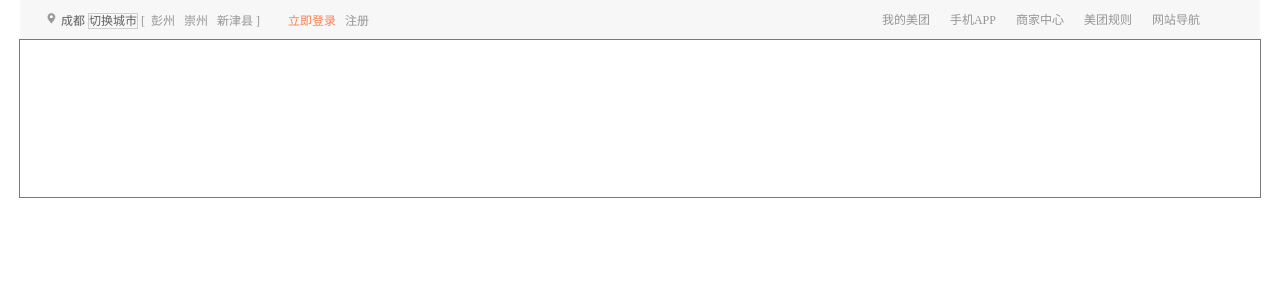
Repository: buddy-fallinlove/Meituan
Page: /
These files come from the project's save history. The page is drawn as it stood at one moment and after the next save; the edit follows.
The browser window is 1280 px wide. The pictures show the whole page.
The project was rebuilt for these pictures with package versions that can differ from the ones it lists, and the page was loaded fresh each time. Also part of the build but not shown: vue.config.js.

Above is the page before, as saved 2020-08-20 17:53:15.

### src/main.js
import Vue from 'vue'
import App from './App.vue'
import router from './router'
import store from './store'
//引入axios
import axios from './http'
Vue.config.productionTip = false
    //引入封装的全局方法
import api from './http/api.js'
Vue.prototype.$axios = axios
    //引入api.js
Vue.prototype.$api = api
    // 引入ElementUI
import ElementUI from 'element-ui';
import 'element-ui/lib/theme-chalk/index.css';
Vue.use(ElementUI);
new Vue({
    router,
    store,
    render: h => h(App)
}).$mount('#app')

### src/App.vue
<template>
  <div id="app">
    <router-view/>
  </div>
</template>

<style lang="scss">
@import "./style/css.类名_20200524144523"
</style>

### src/router/index.js
import Vue from 'vue'
import VueRouter from 'vue-router'
import Home from '../views/Home.vue'
import layout from '../views/layout.vue'
Vue.use(VueRouter)

const routes = [{
    path: '/',
    name: 'layout',
    component: layout,
    children: [{
            path: '',
            name: 'Home',
            component: Home
        }

    ]
}]

const router = new VueRouter({
    mode: 'history',
    base: process.env.BASE_URL,
    routes
})

export default router

### src/http/index.js
import axios from 'axios'
import qs from 'qs'
// import { Loading, } from 'element-ui'
import store from '../store/index'
// let loading = null


// 判断当前环境是生产环境还是开发环境
// process.env.NODE_ENV的值决定当前环境
// production为生产环境 development为开发环境
const isProduction = process.env.NODE_ENV === 'production'

// 创建axios配置对象
const service = axios.create()

// 接口基础路径
service.defaults.baseURL = isProduction ? 'http://49.233.66.125:5050/v1' : '/api'

// 超时时间
service.defaults.timeout = 10000
    // 请求头类型
    // service.defaults.headers.post['Content-Type'] = 'application/x-www-form-urlencoded'

// 请求拦截器
service.interceptors.request.use(config => {
    if (!store.state.cancelLoad) {
        store.state.loading = true
    }
    // loading = Loading.service({
    //     text: '正在加载中......'
    // })
    let token = localStorage.getItem('adminToken')
        // 每次请求 都在请求头带上token
    if (token) {
        config.headers['Authorization'] = 'Bearer ' + token
    }
    return config
}, err => {
    console.log(err)
    return Promise.reject(err)
})

// 响应拦截器
service.interceptors.response.use(response => {
    setTimeout(() => {
            store.state.loading = false
        }, 500)
        // if (loading) {
        //     loading.close()
        // }
    return response.data
}, err => {
    // if (err.response.status === 401) {
    //     Message.error(err.response.data.msg)
    // }
})

service.req = function(...params) {
    if (params.length === 1) {
        return service.get(params[0])
    }
    if (params.length === 2) {
        return service.post(params[0], qs.stringify(params[1]))
    }
}

export default service

### src/http/api.js
import service from './index'


export default {
    // 获取定位
    getposition() {
        return service.req('/position')
    },
    // 获取所有省份
    getprovince() {
        return service.req('/province')
    },

    // 获取省份所有城市
    getcitys(id) {
        return service.req(`/citys?id=${id}`)
    }








































































}

### src/style/css.类名_20200524144523.css
/* 同一行排列 */

.d-f {
    display: flex;
}


/* 占比 */

.f1 {
    flex: 1;
}

.f2 {
    flex: 2;
}


/* 垂直居中  水平居中 */

.j-c-c {
    justify-content: center;
}

.a-i-c {
    align-items: center;
}


/* 两边有间距  两边无间距  中间自动等分*/

.j-c-s-a {
    justify-content: space-around;
}

.j-c-s-b {
    justify-content: space-between;
}


/* 换行 */

.f-w-w {
    flex-wrap: wrap;
}


/* 内容不换行 */

.w-s-n {
    white-space: nowrap;
}


/* 超出部分隐藏 */

.o-h {
    overflow: hidden;
}


/* 超出部分显示省略号 */

.t-e-n {
    text-emphasis: none
}


/* 同一行竖向排列 */

.f-d-c {
    display: flex;
    flex-direction: column;
}


/* 悬浮小手 */

.h-c-p {
    cursor: pointer;
}


/* 外边距margin 上下左右4个方向*/

.m1 {
    margin: 10px;
}

.m2 {
    margin: 20px;
}

.m3 {
    margin: 30px;
}


/* 上边距margin：top */

.m-t1 {
    margin-top: 10px;
}

.m-t2 {
    margin-top: 20px;
}

.m-t3 {
    margin-top: 30px;
}


/* 下边距margin：bottom */

.m-b1 {
    margin-bottom: 10px;
}

.m-b2 {
    margin-bottom: 20px;
}

.m-b3 {
    margin-bottom: 30px;
}


/* 左边距margin：left */

.m-l1 {
    margin-left: 10px;
}

.m-l2 {
    margin-left: 20px;
}

.m-l3 {
    margin-left: 30px;
}


/* 右边距margin：right */

.m-r1 {
    margin-right: 10px;
}

.m-r2 {
    margin-right: 20px;
}

.m-r3 {
    margin-right: 30px;
}


/* 内边距padding-top bottom left right上下左右4个方向 */

.p1 {
    padding: 10px;
}

.p2 {
    padding: 20px;
}

.p3 {
    padding: 30px;
}


/* 边框实线border-solid */

.b-s-r {
    border: 1px solid red;
}


/* 边框虚线border-dashed */

.b-d-r {
    border: 1px dashed red;
}


/* 背景颜色 */

.b-c-r {
    background-color: red;
}

.b-c-b {
    background-color: black;
}

.b-c-c {
    background-color: #ccc;
}

.b-c-c {
    background-color: #fff;
}


/* 字体大小 */

.f-s12 {
    font-size: 12px;
}

.f-s14 {
    font-size: 14px;
}

.f-s18 {
    font-size: 18px;
}

.f-s20 {
    font-size: 20px;
}

.f-s22 {
    font-size: 22px;
}

.f-s24 {
    font-size: 24px;
}


/* 字体加粗 */

.f-w {
    font-weight: 700;
}


/* 隐藏上下左右边框 */

.b-t-n {
    border-top: none;
}

.b-b-n {
    border-bottom: none;
}

.b-l-n {
    border-left: none;
}

.b-r-n {
    border-right: none;
}


/* 圆50% */

.b-r {
    border-radius: 50%;
}


/* 同一行排列  居中 */

.container {
    display: flex;
    justify-content: center;
}


/* 宽1280px */

.warp {
    width: 1280px;
}


/* 取消边距 */

* {
    margin: 0;
    padding: 0;
}


/* 悬浮 */

.hover:hover {
    cursor: pointer;
    color: #eee;
}

.nb:hover {
    cursor: pointer;
}

.c {
    color: white;
}

.van-index-bar__index {
    margin-top: 5px;
}

.van-tabs__line {
    z-index: 0;
}

### src/views/Home.vue
<template>
 <div>
 </div>
</template>

<script>
 export default {
   name: '',
   props: {
   },
   components: {

   },
   data () {
     return {

     }
   },
   methods: {

   },
   mounted() {

   },
   watch: {

   },
   computed: {

   }
 }
</script>

<style scoped lang='scss'>

</style>

### src/views/layout.vue
<template>
  <div>
<el-container>

  <!--头部 -->
  <el-header>
 <div>
  <top></top>
  </div>
  </el-header>
<router-view></router-view>
<!--下面-->
  <el-main>
  <div>

  </div>
  </el-main>
</el-container>
  </div>
</template>

<script>
import top from '../components/layout1/top'
export default {
  name: "",
  props: {},
  components: {
    top,
  },
  data() {
    return {};
  },
  methods: {},
  mounted() {},
  watch: {},
  computed: {},
};
</script>

<style scoped lang='scss'>
</style>

### src/components/layout1/top.vue
<template>
  <div>
    <div class="header-bar">
      <div class="header-bar-position">
        <span class="position-name">
          <img class="location" src="../../assets/location.png" />
          成都
          <a class="change-position" href="https://www.meituan.com/changecity/">切换城市</a>
        </span>
        <span class="neighborhood">
          [&nbsp;
          <a href="https://xianyang.meituan.com/">彭州</a>&nbsp;&nbsp;
          <a href="https://gaoling.meituan.com/">崇州</a>&nbsp;&nbsp;
          <a href="https://jingyangxian.meituan.com/">新津县</a>&nbsp;]
        </span>
      </div>

      <div class="user-entry">
        <a
          class="login"
          href="https://passport.meituan.com/account/unitivelogin?service=www&continue=https%3A%2F%2Fwww.meituan.com%2Faccount%2Fsettoken%3Fcontinue%3Dhttps%253A%252F%252Fjingyangxian.meituan.com%252F"
          target="_blank"
        >立即登录</a>&nbsp;&nbsp;
        <a
          href="https://passport.meituan.com/account/unitivesignup?service=www&continue=https%3A%2F%2Fwww.meituan.com%2Faccount%2Fsettoken%3Fcontinue%3Dhttps%253A%252F%252Fjingyangxian.meituan.com%252F"
          target="_blank"
        >注册</a>
      </div>

      <nav class="header-bar-nav">
        <ul class="header-nav-first">
          <li class="has-child">
            <a
              href="https://passport.meituan.com/account/unitivelogin?service=www&continue=https%3A%2F%2Fwww.meituan.com%2Faccount%2Fsettoken%3Fcontinue%3Dhttp%253A%252F%252Fwww.meituan.com%252Faccount%252Fuserinfo%252F"
              target="_blank"
            >
              我的美团
              <ul class="header-nav-my_header-nav-second">
                <li>
                  <a
                    href="https://passport.meituan.com/account/unitivelogin?service=www&continue=https%3A%2F%2Fwww.meituan.com%2Faccount%2Fsettoken%3Fcontinue%3Dhttp%253A%252F%252Fwww.meituan.com%252Forders%252F"
                    target="_blank"
                  >我的订单</a>
                </li>
                <li>
                  <a
                    href="https://passport.meituan.com/account/unitivelogin?service=www&continue=https%3A%2F%2Fwww.meituan.com%2Faccount%2Fsettoken%3Fcontinue%3Dhttp%253A%252F%252Fwww.meituan.com%252Fcollections%252F"
                    target="_blank"
                  >我的收藏</a>
                </li>
                <li>
                  <a
                    href="https://passport.meituan.com/account/unitivelogin?service=www&continue=https%3A%2F%2Fwww.meituan.com%2Faccount%2Fsettoken%3Fcontinue%3Dhttp%253A%252F%252Fwww.meituan.com%252Fvouchers%252F"
                    target="_blank"
                  >抵用券</a>
                </li>
                <li>
                  <a
                    href="https://passport.meituan.com/account/unitivelogin?service=www&continue=https%3A%2F%2Fwww.meituan.com%2Faccount%2Fsettoken%3Fcontinue%3Dhttp%253A%252F%252Fwww.meituan.com%252Faccount%252Fsettings"
                    target="_blank"
                  >账户设置</a>
                </li>
              </ul>
            </a>
          </li>

          <li class="has-child">
            <a href="https://i.meituan.com/mobile/down/meituan" target="_blank">手机APP</a>
          </li>

          <li class="has-child">
            <a>
              商家中心
              <ul class="header-nav-merchant_header-nav-second">
                <li>
                  <a
                    href="https://e.meituan.com/meishi/epassport/login?service=com.sankuai.meishi.fe.ecom&continue=https%3A%2F%2Fe.meituan.com%2Fmeishi%2Fepassport%2Ftoken%3Ftarget%3Dhttps%253A%252F%252Fe.meituan.com%252Fmeishi%252F"
                    target="_blank"
                  >登录商家中心</a>
                </li>
                <li>
                  <a
                    href="https://rms.meituan.com/?utm_source=inner&utm_medium=mtpcsjzx"
                    target="_blank"
                  >美团智能收银</a>
                </li>
                <li>
                  <a
                    href="https://bizvisualmeishi.meituan.com/bizsettle/settle/merchantsSettle?utm_source=mt_C_my"
                    target="_blank"
                  >我想合作</a>
                </li>
                <li>
                  <a href="https://e.meituan.com/mobile/" target="_blank">手机免费开店</a>
                </li>
                <li>
                  <a href="https://daili.meituan.com/?comeFrom=mtwebMenu" target="_blank">餐饮代理商招募</a>
                </li>
                <li>
                  <a href="https://pc.meituan.com/?activity_code=mtpcdh" target="_blank">商家申请开票</a>
                </li>
                <li>
                  <a
                    href="https://paidui.meituan.com/?activity_code=168_00038141"
                    target="_blank"
                  >免费合作美团排队</a>
                </li>
              </ul>
            </a>
          </li>

          <li class="has-child">
            <a>
              美团规则
              <ul class="header-nav-rules_header-nav-second">
                <li>
                  <a href="https://rules-center.meituan.com" target="_blank">规则中心</a>
                </li>
                <li>
                  <a href="https://rules-center.meituan.com/rules" target="_blank">规则目录</a>
                </li>
                <li>
                  <a href="https://rules-center.meituan.com/advices" target="_blank">规则评议院</a>
                </li>
              </ul>
            </a>
          </li>

          <li class="has-child">
            <a>网站导航</a>
            <div class="header-nav-site_header-nav-second">
              <dl class="header-nav-jiulv_header-nav-third">
                <dt>酒店旅游</dt>
                <div class="wwwqqq">
                  <dd>
                    <a href target="_blank">国际机票</a>
                  </dd>
                  <dd>
                    <a href target="_blank">火车票</a>
                  </dd>
                  <dd>
                    <a href target="_blank">榛果民俗</a>
                  </dd>
                  <dd>
                    <a href target="_blank">经济型酒店</a>
                  </dd>
                  <dd>
                    <a href target="_blank">主题酒店</a>
                  </dd>
                  <dd>
                    <a href target="_blank">商务酒店</a>
                  </dd>
                  <dd>
                    <a href target="_blank">公寓</a>
                  </dd>
                  <dd>
                    <a href target="_blank">豪华酒店</a>
                  </dd>
                  <dd>
                    <a href target="_blank">客栈</a>
                  </dd>
                  <dd>
                    <a href target="_blank">青年旅舍</a>
                  </dd>
                  <dd>
                    <a href target="_blank">度假酒店</a>
                  </dd>
                  <dd>
                    <a href target="_blank">别墅</a>
                  </dd>
                  <dd>
                    <a href target="_blank">农家院</a>
                  </dd>
                </div>
              </dl>
              <dl class="header-nav-food-nav-third">
                <dt>吃美食</dt>
                <div class="wwwqqq">
                  <dd>
                    <a href target="_blank">烤鱼</a>
                  </dd>
                  <dd>
                    <a href target="_blank">特色小吃</a>
                  </dd>
                  <dd>
                    <a href target="_blank">烧烤</a>
                  </dd>
                  <dd>
                    <a href target="_blank">自助餐</a>
                  </dd>
                  <dd>
                    <a href target="_blank">火锅</a>
                  </dd>
                  <dd>
                    <a href target="_blank">代金券</a>
                  </dd>
                </div>
              </dl>
              <dl class="header-nav-movie-nav-third">
                <dt>看电影</dt>
                <div class="wwwqqq">
                  <dd>
                    <a href target="_blank">热映电影</a>
                  </dd>
                  <dd>
                    <a href target="_blank">热门影院</a>
                  </dd>
                  <dd>
                    <a href target="_blank">热映电影口碑榜</a>
                  </dd>
                  <dd>
                    <a href target="_blank">最受期待电影</a>
                  </dd>
                  <dd>
                    <a href target="_blank">国内票房榜</a>
                  </dd>
                  <dd>
                    <a href target="_blank">北美票房榜</a>
                  </dd>
                  <dd>
                    <a href target="_blank">电影排行榜</a>
                  </dd>
                </div>
              </dl>
              <dl class="header-nav-mobile_app-nav-third">
                <dt>手机应用</dt>
                <div class="wwwqqq">
                  <dd>
                    <a href="https://i.meituan.com/mobile/down/meituan" target="_blank">
                      <img class="app-icon" src="../../assets/1(1).png" />
                    </a>
                  </dd>
                  <dd>
                    <a href="https://waimai.meituan.com/mobile/download/default" target="_blank">
                      <img class="app-icon" src="../../assets/2(1).png" />
                    </a>
                  </dd>
                  <dd>
                    <a href="https://phoenix.meituan.com/app/" target="_blank">
                      <img class="app-icon" src="../../assets/3(1).png" />
                    </a>
                  </dd>
                  <dd>
                    <a href="https://www.dianping.com/app/download" target="_blank">
                      <img class="app-icon" src="../../assets/4.png" />
                    </a>
                  </dd>
                  <dd>
                    <a href="https://maoyan.com/app" target="_blank">
                      <img class="app-icon" src="../../assets/5.png" />
                    </a>
                  </dd>
                </div>
              </dl>
            </div>
          </li>
        </ul>
      </nav>
    </div>
    <div>
    <top></top>
    </div>
  </div>
</template>

<script>
import top from '../layout2/top.vue'
export default {
  name: "",
  props: {},
  components: {
    top
  },
  data() {
    return {};
  },
  methods: {},
  mounted() {},
  watch: {},
  computed: {},
};
</script>

<style scoped lang='scss'>
.wwwqqq {
  display: flex;
  flex-wrap: wrap;
  justify-content: center;
  align-items: center;
}
* {
  margin: 0;
  padding: 0;
}

body {
  width: 100%;
  min-width: 1280px;
}

.header-bar {
  background-color: #f7f7f7;
  height: 40px;
  line-height: 40px;
}

.user-entry,
.header-bar-position {
  display: inline;
  font-size: 12px;
}

a {
  text-decoration: none;
  color: rgba(22, 21, 21, 0.432);
  /* font-weight:600; */
}

.header-bar-position {
  margin: 0 25px;
}

.user-entry .login {
  color: coral;
}

.header-bar-nav {
  display: inline;
}

.change-position {
  border: 1px solid rgba(179, 176, 176, 0.555);
  color: rgba(0, 0, 0, 0.61);
}

.position-name {
  color: rgba(0, 0, 0, 0.61);
}

.location {
  width: 13px;
  height: auto;
}

.neighborhood {
  color: rgba(22, 21, 21, 0.432);
}

.header-nav-first {
  display: block;
  float: right;
  text-align: center;
  margin-right: 50px;
  font-size: 12px;
}

.has-child {
  position: relative;
  list-style-type: none;
  display: inline-block;
  padding: 0 10px;
}

.header-nav-my_header-nav-second {
  position: absolute;
  display: none;
  list-style-type: none;
  right: 0;
  padding: 0 10px;
  z-index: 99;
}

.header-nav-merchant_header-nav-second {
  position: absolute;
  display: none;
  list-style-type: none;
  right: 0;
  padding: 0 10px;
  width: 100px;
  z-index: 99;
}

.header-nav-rules_header-nav-second {
  position: absolute;
  display: none;
  list-style-type: none;
  right: 0;
  padding: 0 10px;
  z-index: 99;
}

.header-nav-site_header-nav-second {
  position: absolute;
  display: none;
  list-style-type: none;
  right: 0;
  padding: 0 40px;
  width: 1100px;
  height: 300px;
  z-index: 99;
  margin-bottom: 5px;
}

.has-child:nth-child(1):hover .header-nav-my_header-nav-second {
  display: block;
}

.has-child:nth-child(3):hover .header-nav-merchant_header-nav-second {
  display: block;
}

.has-child:nth-child(4):hover .header-nav-rules_header-nav-second {
  display: block;
}

.has-child:nth-child(5):hover .header-nav-site_header-nav-second {
  display: block;
}

.has-child:not(:nth-child(2)):hover,
.has-child:not(:nth-child(2)):hover ul,
.has-child:not(:nth-child(2)):hover div {
  background-color: rgb(253, 253, 253);
  box-shadow: 0 0 1px rgba(109, 108, 108, 0.432);
}

a:hover {
  color: coral;
  cursor: pointer;
}

.header-nav-jiulv_header-nav-third,
.header-nav-food-nav-third,
.header-nav-movie-nav-third,
.header-nav-mobile_app-nav-third {
  float: left;
  text-align: center;
  margin: 20px;
}

.header-nav-jiulv_header-nav-third {
  width: 250px;
}

.header-nav-jiulv_header-nav-third dd {
  width: 83px;
}

.header-nav-food-nav-third {
  width: 140px;
}

.header-nav-food-nav-third dd {
  width: 70px;
}

.header-nav-movie-nav-third {
  width: 110px;
}

.header-nav-movie-nav-third dd {
  width: 104px;
}

.header-nav-mobile_app-nav-third dt,
.header-nav-jiulv_header-nav-third dt,
.header-nav-food-nav-third dt,
.header-nav-movie-nav-third dt {
  font-size: 14px;
  margin-bottom: 5px;
}

.header-nav-mobile_app-nav-third {
  width: 400px;
}

.app-icon {
  width: 60px;
}
</style>

### src/components/layout2/top.vue
<template>
 <div>
  <div class="header-bar">

  </div>
 </div>
</template>

<script>
 export default {
   name: '',
   props: {
   },
   components: {

   },
   data () {
     return {

     }
   },
   methods: {

   },
   mounted() {

   },
   watch: {

   },
   computed: {

   }
 }
</script>

<style scoped lang='scss'>
* {
  margin: 0;
  padding: 0;
}

body {
  width: 100%;
  min-width: 1280px;
}
.header-bar {
  background-color: #ffffff;
  height: 157px;
  line-height: 157px;
  box-shadow: 0px 0px 0px 1px rgb(121, 121, 121);
}
</style>

Loaded but not shown: public/index.html (common file); src/store/index.js (common file)

After the next save:
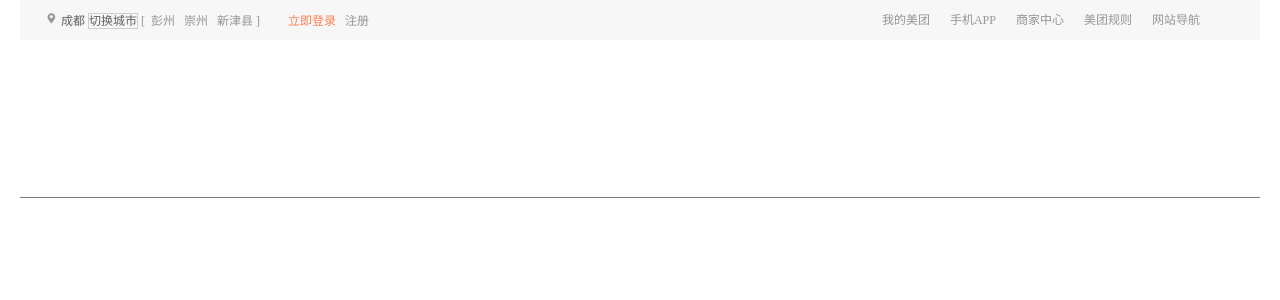
Saved 9 s later.
--- a/src/components/layout2/top.vue
+++ b/src/components/layout2/top.vue
@@ -48,6 +48,6 @@
   background-color: #ffffff;
   height: 157px;
   line-height: 157px;
-  box-shadow: 0px 0px 0px 1px rgb(121, 121, 121);
+  box-shadow: 0px 1px rgb(121, 121, 121);
 }
 </style>
